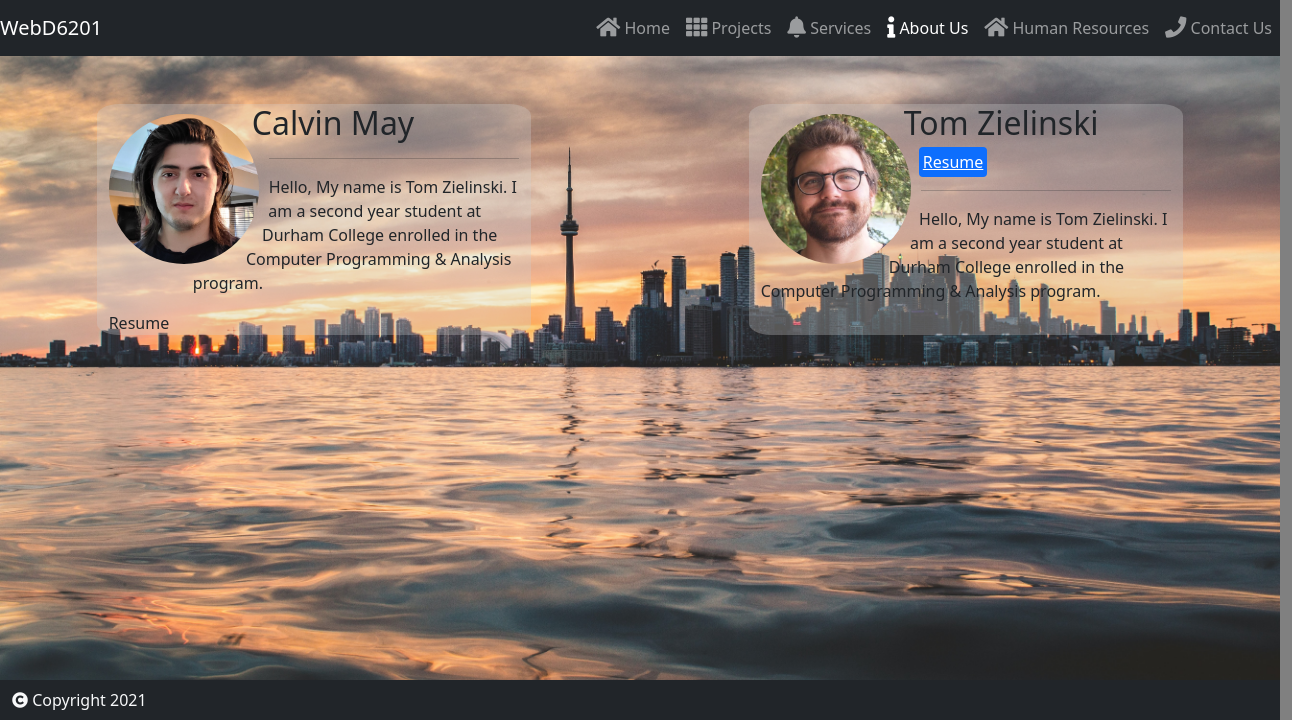
Repository: Tomelinski/Webd6201-Lab02
Page: about.html
An editor plug-in stored every save of this project. The page is shown before and after the next save, followed by the edit.
The browser window is 1280 px wide. The page is 1292 px wide, so the pictures cover 1292 px, including what lies to the right of the window. The pictures show the whole page.

Above is the page before, as saved 2021-02-05 19:24:11.

### about.html
<!-- Author(s): Tom Zielinski,
 *              Calvin May
 *
 *   Date: 02/02/2021 | Last Modified: 02/03/2021
 *   Document: about.html
 *   Description: ...
-->
<!DOCTYPE html>
<html lang="en">
<head>
    <meta charset="UTF-8">
    <meta name="viewport" content="width=device-width, initial-scale=1.0">
    <title>About</title>
    <!-- -->
    <link rel="stylesheet" href="./node_modules/bootstrap/dist/css/bootstrap.min.css">
    <link rel="stylesheet" href="./node_modules/@fortawesome/fontawesome-free/css/all.min.css">
    <link rel="stylesheet" href="./Content/app.css">

</head>
<body>
      <!-- Main header -->
      <header>
        <!-- Main Nav -->
          <nav class="navbar navbar-expand-lg navbar-dark bg-dark ">
              <a class="navbar-brand" href="./index.html">WebD6201</a>
              <button class="navbar-toggler" type="button" data-toggle="collapse" data-target="#navbarSupportedContent" aria-controls="navbarSupportedContent" aria-expanded="false" aria-label="Toggle navigation">
                <span class="navbar-toggler-icon"></span>
              </button>

              <div class="collapse navbar-collapse" id="navbarSupportedContent">
                <ul id="pageList" class="navbar-nav ms-auto mb-2 mb-lg-0">
                  <li class="nav-item ">
                    <a class="nav-link" aria-current="page" href="index.html"><i class="fas fa-home fa-lg"></i> Home</a>
                  </li>

                  <li class="nav-item">
                      <a id="projects" class="nav-link" aria-current="page" href="products.html"><i class="fas fa-th fa-lg"></i> Products</a>
                  </li>

                  <li class="nav-item">
                      <a class="nav-link" aria-current="page" href="services.html"><i class="fas fa-bell fa-lg"></i> Services</a>
                  </li>

                  <li class="nav-item">
                      <a class="nav-link active" aria-current="page" href="about.html"><i class="fas fa-info fa-lg"></i> About Us</a>
                  </li>

                  <li class="nav-item">
                      <a class="nav-link" aria-current="page" href="contact.html"><i class="fas fa-phone fa-lg"></i> Contact Us</a>
                  </li>
                </ul>
              </div>
            </nav>
      </header>

      <main>
        <div class="container"></div>
          <div class="row justify-content-around">
            <div id="about-calvin" class="col-4 mt-5 about-background">

            </div>
            <div id="about-tom" class="col-4 mt-5 about-background">

            </div>
          </div>
        </div>
      </main>

    <!-- Script section -->
    <script src="./node_modules/jquery/dist/jquery.min.js"></script>
    <script src="./node_modules/bootstrap/dist/js/bootstrap.bundle.min.js"></script>
    <script src="./Scripts/app.js"></script>
</body>

</html>

### Content/app.css
/* Author(s): Tom Zielinski,
 *              Calvin May
 *
 *   Date: 02/02/2021 | Last Modified: 02/03/2021
 *   Document: Services.html
 *   Description: ...
*/
/* Custom css page */
body{
    width:100vw;
    height:100vh;
    background: url("../Pictures/Toronto.jpg") no-repeat center center fixed;
    -webkit-background-size: cover;
    -moz-background-size: cover;
    -o-background-size: cover;
    background-size: cover;
    overflow-x: hidden;
    margin:0px;
    min-height:100%;
    background-color: gray;
}

.headshot-portrait{
    width: 150px;
    height: 150px;
    border-radius: 50%;
    float: left;
    shape-outside: circle();
    margin: 10px 10px 15px 0px;
}

.about-background{
    background: rgba(210, 210, 210, 0.3);
    border-radius: 5%;

}

### Scripts/app.js
/** Author(s): Tom Zielinski,
 *             Calvin May
 *
 *  Date: 02/02/2021 | Last Modified: 02/03/2021
 *  Document: app.js
 *  Description: ...
 */

/** Custom JavaScript Page */

/** IFFE Function */
(() => {

    // Declarations
    let mainContent = document.getElementsByTagName("main")[0]; // Holds the <main> element


    // First Fix the upper, lower navbars. Ensuring they display properly
    fixNavBars();

    /** Web Application Startup Functions */
    /** Start() - Lets the application know which content to load
     *          based on the title of the document.
    */
    function Start() {
        console.log("Web App Started.");``


        // A switch case used to figure out which page is being loaded.
        switch (document.title) {
            case "Home":
                displayHomePage();
                break;
            case "About":
                displayAboutPage();
                break;
            case "Contact":
                displayContactPage();
                break;
            case "Projects":
                displayProjectsPage();
                break;
            case "Services":
                displayServicesPage();
                break;
            case "Human Resources":
                displayHumanResourcesPage();
                break;
        }

    }

    /** Display Page Content Functions */
    /** displayHomePage() - Loads the Content for index.html */
    function displayHomePage() {

        let newParagraph = document.createElement("p");
        newParagraph.setAttribute("id", "paragraphOne");
        newParagraph.className = "fs-6 col col-md-4 mt-5 m-auto px-4 border border-dark border-4 rounded";
        newParagraph.textContent = "Welcome to Cavlin May's and Tom Zielinski's Webd6201 Lab01 webpage.";

        mainContent.appendChild(newParagraph);
    }

    /** displayAboutPage() - Loads the Content for about.html */
    function displayAboutPage() {

        // About Tom Content
        //-Create Elements for About Tom
        let aboutTomDiv = document.getElementById("about-tom");
        let tomHeading = document.createElement("h2");
        let pic = document.createElement("img");
        let aboutTom = document.createElement("p");
        let tomResume = document.createElement("a");

        // Set the Attributes, html, and Content for Toms Elements
        tomHeading.textContent = "Tom Zielinski";
        pic.setAttribute("src", "../Pictures/Tom.jpeg");
        pic.setAttribute("class", "headshot-portrait");
        pic.setAttribute("alt", "Headshot of Tom");
        aboutTom.innerHTML = `<hr/><p>Hello, My name is Tom Zielinski. I am a second year student at Durham College enrolled in the Computer Programming & Analysis program.</p>`;
        tomResume.setAttribute("href", "../files/resumes/Tom_Resume.pdf");
        tomResume.setAttribute("download", "");
        tomResume.setAttribute("class", "d-inline p-1 bg-primary text-white rounded rounded-2 navbar");
        tomResume.textContent = "Resume";

        // Insert the Elements within the about-tom div
        aboutTomDiv.appendChild(pic);
        aboutTomDiv.appendChild(tomHeading);
        aboutTomDiv.appendChild(tomResume);
        aboutTomDiv.appendChild(aboutTom);

        // About Calvin Content
        //-Create Elements for About Calvin
        let aboutCalvinDiv = document.getElementById("about-calvin");
        let calvinHeading = document.createElement("h2");
        let calvinPortrait = document.createElement("img");
        let aboutCalvin = document.createElement("p");
        let calvinResume = document.createElement("a");

        // Set the Attributes, html, and Content for Toms Elements
        calvinHeading.textContent = "Calvin May";
        calvinPortrait.setAttribute("src", "../Pictures/Calvin.jpg");
        calvinPortrait.setAttribute("class", "headshot-portrait");
        calvinPortrait.setAttribute("alt", "Headshot of Tom");
        aboutCalvin.innerHTML = `<hr/><p>Hello, My name is Tom Zielinski. I am a second year student at Durham College enrolled in the Computer Programming & Analysis program.</p>`;
        calvinResume.textContent = "Resume";

        // Insert the Elements within the about-tom div
        aboutCalvinDiv.appendChild(calvinPortrait);
        aboutCalvinDiv.appendChild(calvinHeading);
        aboutCalvinDiv.appendChild(aboutCalvin);
        aboutCalvinDiv.appendChild(calvinResume);
    }

    /** displayContactPage() - Loads the Content for contact.html */
    function displayContactPage() {

    }

    /** displayProjectsPage() - Loads the Content for projects.html */
    function displayProjectsPage() {

    }

    /** displayServicesPage() - Loads the Content for services.html */
    function displayServicesPage() {

    }

    /** displayHumanResourcesPage() - Loads the Content for human_resources.html */
    function displayHumanResourcesPage() {


    }

    /**
     * fixNavBars() - This Function is used to finish creating the Header/Footer Navbars
     *              using DOM Manipulation and Injection. First it fixes the "Products"
     *              NavBar link to correctly show, "Projects" and link to the projects.html
     *              page. It also Insert a new NavBar link, "Human Recources" between
     *              "About us" and "Contact Us" links. Finally, it adds a footer to the
     *              bottom of the page.
     */
    function fixNavBars()
    {
        // Fix the "Products" Nav item
        let projectPageAnchor = document.getElementById("projects");    // Get the Nav item Anchor tag by id
        projectPageAnchor.setAttribute("href", "projects.html");        // Correctly set the Hypertext Reference attribute
        projectPageAnchor.innerHTML = "<i class=\"fas fa-th fa-lg\"></i> Projects"; // Correctly set the text to indicate a project page

        // Insert a Nav item for Human Resources
        let navBarItemList = document.getElementById("pageList");  // Get the <ul> holding the Page links
        let humanResourcesListItem = document.createElement("li"); // Create a new list Item
        humanResourcesListItem.setAttribute("class", "nav-item");  // Set the class of the list item to "nav-item"
        // Create the anchor that will exist within the humanResourcesListItem
        let hrListItemData = '<a class="nav-link" aria-current="page" ' +
                             'href="human_resources.html"><i class="fas fa-home fa-lg"></i> Human Resources</a>';
        // Set the innerHtml with the data above
        humanResourcesListItem.innerHTML = hrListItemData;
        // Insert the new listitem before the 8th child within the <ul>
        //-(8th because it counts both the <li> elements and the <a> elements within)
        navBarItemList.insertBefore(humanResourcesListItem, navBarItemList.childNodes[8]);


        // Insert a new footer NavBar
        let footerData = "";    // A variable to hold the html code for the footers navBar
        // Create the footer element
        let pageFooter = document.createElement("footer");
        // Insert the new footer element before the "next" sibling of <main>
        //-Reads as <body>.insertBefore(pageFooter, elementAfterMain)
        mainContent.parentNode.insertBefore(pageFooter, mainContent.nextSibling);

        footerData = '<nav class="navbar fixed-bottom navbar-dark bg-dark"> ' +
                     '<div class="container-fluid"> ' +
                     '<h7 class="text-light"><i class="fas fa-copyright text-light"></i> Copyright 2021</h7> ' +
                     '</div> ' +
                     '</nav> ';
        pageFooter.innerHTML = footerData;

    }

    // Add an event listener for the load event (Page load).
    //-Call the Start() function so that we can display page
    //-specific content
    window.addEventListener("load", Start);

})();

Loaded but not shown: node_modules/bootstrap/dist/css/bootstrap.min.css (library); node_modules/@fortawesome/fontawesome-free/css/all.min.css (library); node_modules/jquery/dist/jquery.min.js (library); node_modules/bootstrap/dist/js/bootstrap.bundle.min.js (library)

After the next save:
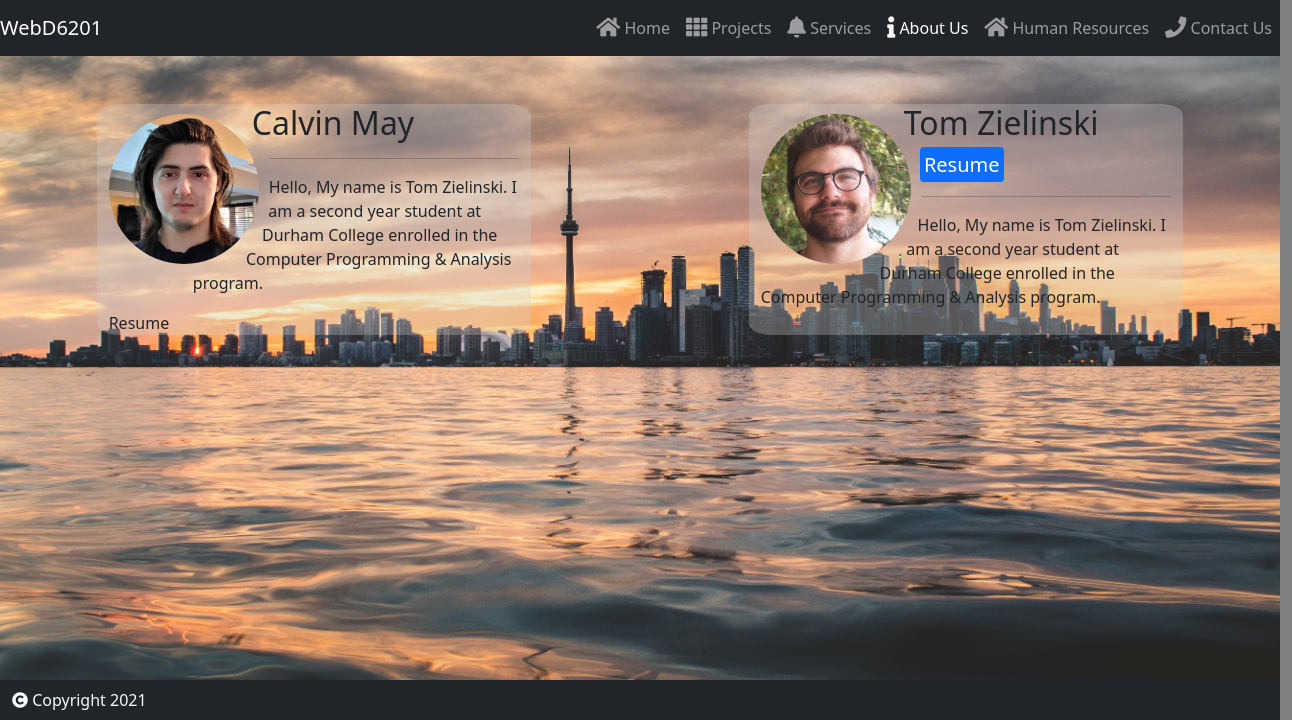
Saved 6 s later.
--- a/Scripts/app.js
+++ b/Scripts/app.js
@@ -81,7 +81,7 @@
         aboutTom.innerHTML = `<hr/><p>Hello, My name is Tom Zielinski. I am a second year student at Durham College enrolled in the Computer Programming & Analysis program.</p>`;
         tomResume.setAttribute("href", "../files/resumes/Tom_Resume.pdf");
         tomResume.setAttribute("download", "");
-        tomResume.setAttribute("class", "d-inline p-1 bg-primary text-white rounded rounded-2 navbar");
+        tomResume.setAttribute("class", "d-inline p-1 bg-primary text-white rounded rounded-2 navbar-brand");
         tomResume.textContent = "Resume";
 
         // Insert the Elements within the about-tom div
